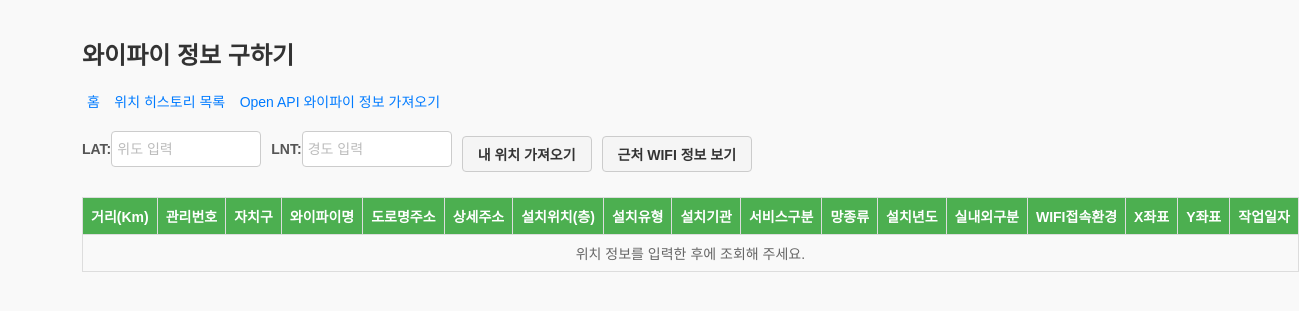
Repository: sangpyolee0/zerobase_task
Page: http://localhost/WifiProject/
These files come from the project's save history. The page is drawn as it stood at one moment and after the next save; the edit follows.
The browser window is 1280 px wide. The page is 1299 px wide, so the pictures cover 1299 px, including what lies to the right of the window. The pictures show the whole page.
The page is served by Tomcat 9.

Above is the page before, as saved 2024-12-08 16:41:21.

After the next save:
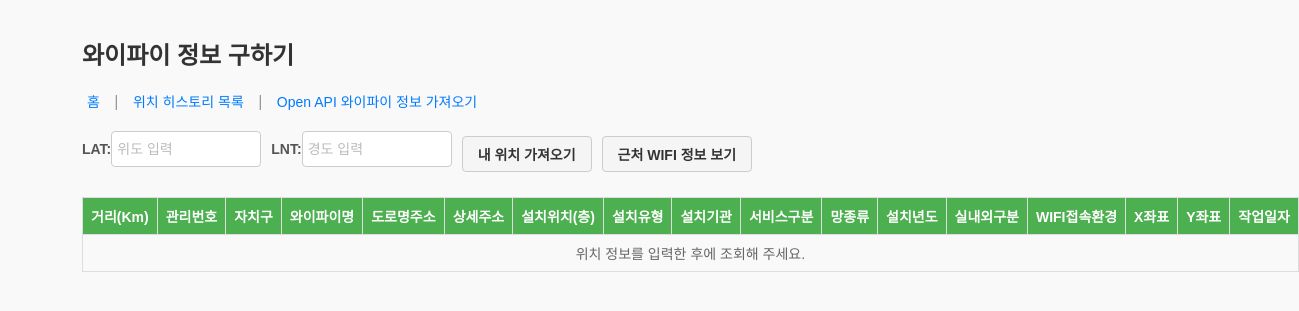
Saved 106 s later.
--- a/WifiProject/src/main/webapp/index.jsp
+++ b/WifiProject/src/main/webapp/index.jsp
@@ -10,8 +10,10 @@
     <div class="container">
         <h1>와이파이 정보 구하기</h1>
         <nav>
-            <a href="index.jsp">홈</a>
+              <a href="index.jsp">홈</a>
+            <span>|</span>
             <a href="history.jsp">위치 히스토리 목록</a>
+            <span>|</span>
             <a href="add-wifi.jsp">Open API 와이파이 정보 가져오기</a>
         </nav>
         <form action="nearby-wifi.jsp" method="get">
